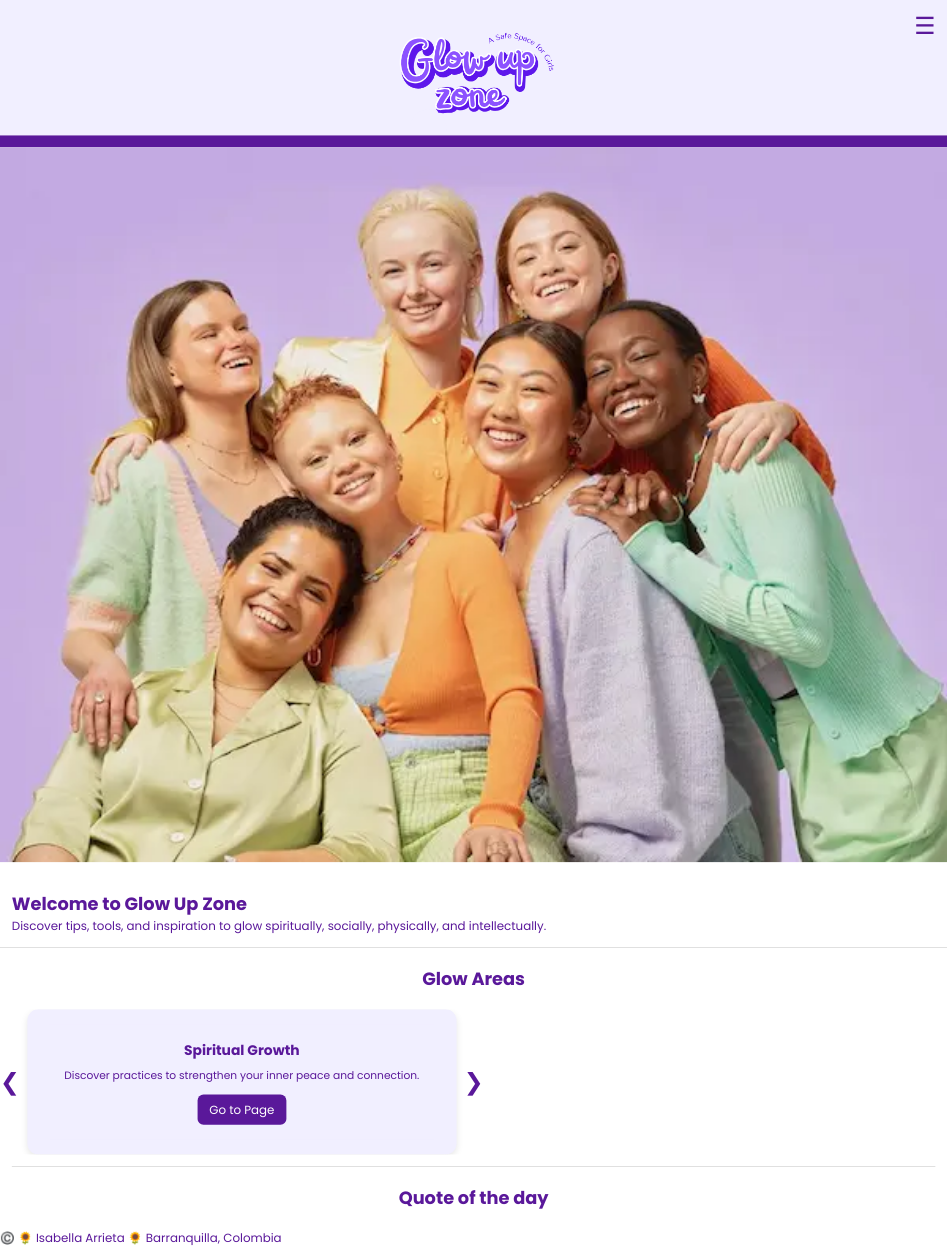
Repository: isaAJ05/wdd131
Page: final-project/final-project.html
An editor plug-in stored every save of this project. The page is shown before and after the next save, followed by the edit.
The browser window is 1280 px wide. The pictures show the whole page, at 74% of full size.

Above is the page before, as saved 2025-08-09 01:03:21.

### final-project/final-project.html
<!DOCTYPE html>
<html lang="en">
<head>
    <meta charset="UTF-8">
    <meta name="viewport" content="width=device-width, initial-scale=1.0">
    <title>WDD 131 – Glow Up Zone</title>
    <meta name="description" content="WDD 131 – This website is a positive and inspiring space for girls who want to improve different areas of their lives. It will include tips and resources organized into four sections: Spiritual, Social, Physical, and Intellectual.">
    <meta name="author" content="Isabella Arrieta">
    <link rel="stylesheet" href="styles/final-project.css">
    <link rel="stylesheet" href="styles/final-project-large.css">
    <link rel="preconnect" href="https://fonts.googleapis.com">
    <link rel="preconnect" href="https://fonts.gstatic.com" crossorigin>
    <link href="https://fonts.googleapis.com/css2?family=Nunito:wght@300;400;700&family=Poppins:wght@400;600;700&family=Quicksand:wght@400;500;700&display=swap" rel="stylesheet">
    <script src="scripts/final-project.js" defer></script>
</head>
<body>
    <header>
        <div class="title">
            <img src="images/logo.png" alt="" title="">
        </div>
        <button type="button" id="menu" title="Hambutton"></button>
        <nav>
            <ul class="navigation">
			<li><a href="#" class="home">Home</a></li>
			<li><a href="#" class="old">Old</a></li>
			<li><a href="#" class="new">New</a></li>
			<li><a href="#" class="large">Large</a></li>
			<li><a href="#" class="small">Small</a></li>
		</ul>
        </nav>
    </header>
    <main>
        <div class="hero">
            <picture>
            <source media="(min-width: 700px)" srcset="">
            <img src="images/glow-2.webp" alt="" title="">
            </picture>
        </div>
        <section >
                <div class="one">
                <h1>Welcome to Glow Up Zone</h2>
                <p>Discover tips, tools, and inspiration to glow spiritually, socially, physically, and intellectually.</p>
                </div>
        </section>
        <h2>Glow Areas</h2>
        <section class="cards">
        <button class="arrow left">&#10094;</button>
        <div class="cards-container">
            <div class="card">
                <div class="card2">
            <h3 id="card-title"></h3>
            <p id="card-text"></p>
            <a id="card-link" href="#" class="btn">Go to Page</a>
            </div>
            </div>
            </div>
        </div>
        <button class="arrow right">&#10095;</button>
        </section>
        <section>
            <div class="two">
                <h2>Quote of the day</h2>

            </div>
        </section>

    </main>
    <footer>
            <p>
            ©️<span id="currentyear"></span> 🌻 Isabella Arrieta 🌻 Barranquilla, Colombia
        </p>
        <p class="last-modified">
            <span id="lastModified"></span>
        </p>
    </footer>

</body>
</html>

### final-project/styles/final-project.css
:root {
    --primary-color: #5a189a;
    --secondary-color: #fa198b;
    --thirdary-color: #ff6f91;
    --accent-color: #3a86ff;
    --background-color: #f1efff;
    --font-one: "Poppins", sans-serif;
    --font-two: "Nunito", sans-serif;
    --font-three: "Quicksand", sans-serif;
}
* {
    box-sizing: border-box;
    margin: 0;
    padding: 0;
}

body {
    font-family: var(--font-one);
    color: var(--primary-color);
}

.title {
    text-align: center;
    background-color: var(--background-color);
}
.title img {
    width: 350px;
    height: auto;
}
.hero img{
    width: 100%;
    height: auto;
}
.one{
    border-bottom: #D6D6D6 1px solid;
    padding: 1rem;
    margin: 1rem 0;
}
nav{
    display: block;
    background-color: var(--primary-color);
}

#menu {
	font-size: 2rem;
	border: 0;
	background: none;
	position: absolute;
	top: 1rem;
	right: 1rem;
}

#menu::before {
	content: "☰";
    color: var(--primary-color);
}

#menu.open::before {
	content: "✖";
    color: white;
}

.navigation {
	list-style: none;
	display: flex;
	flex-direction: column;
    color: #fff;
    padding-top: 1rem;
    background-color: none;
}

.navigation a {
	display: none;
	color: #fff;
	text-align: center;
	text-decoration: none;
    padding: 0.5rem;
    font-size: 1rem;


}

.navigation a:hover {
	text-decoration: underline;
	background-color: #eee;
	color: #000;
}
.open a {
	display: block;
}
.open img{
    display: none;
}
h2{
    padding: 0.5rem;
    margin: 1rem 0;
    text-align: center;
}
.cards {
    position: relative;
    display: flex;
    align-items: center;
    overflow: hidden;
    width: 100%;
}



.card {
    min-width: 80%;
    margin: 0 10px;
    padding: 20px;
    background: var(--background-color);
    border-radius: 15px;
    box-shadow: 0 4px 10px rgba(0,0,0,0.1);
    text-align: center;
}
.card2 {
    min-width: 80%;
    margin: 0 10px;
    padding: 20px;
    background: var(--background-color);

    text-align: center;
}

.card h3 {
    color: var(--primary-color);
    margin-bottom: 10px;
}

.card p {
    font-size: 0.9rem;
    margin-bottom: 15px;
}

.btn {
    display: inline-block;
    background: var(--primary-color);
    color: white;
    padding: 8px 16px;
    border-radius: 8px;
    text-decoration: none;
}

.arrow {
    background: none;
    border: none;
    font-size: 2rem;
    cursor: pointer;
    color: var(--primary-color);
}
.two{
    border-top: #D6D6D6 1px solid;
    margin: 1rem;
}

### final-project/scripts/final-project.js
const hamButton = document.querySelector('#menu');
const navigation = document.querySelector('.navigation');
const title = document.querySelector('.title');

hamButton.addEventListener('click', () => {
	navigation.classList.toggle('open');
    hamButton.classList.toggle('open');
    title.classList.toggle('open');
});
const cardsData = [
    {
        title: "Spiritual Growth",
        text: "Discover practices to strengthen your inner peace and connection.",
        link: "spiritual.html"
    },
    {
        title: "Social Skills",
        text: "Learn how to connect, communicate, and build strong relationships.",
        link: "social.html"
    },
    {
        title: "Intellectual Growth",
        text: "Boost your mind with tips, knowledge, and creative thinking.",
        link: "intellectual.html"
    },
    {
        title: "Physical Wellness",
        text: "Stay active and healthy with routines and self-care habits.",
        link: "physical.html"
    }
];

let currentIndex = 0;

const cardTitle = document.getElementById("card-title");
const cardText = document.getElementById("card-text");
const cardLink = document.getElementById("card-link");

function updateCard() {
    cardTitle.textContent = cardsData[currentIndex].title;
    cardText.textContent = cardsData[currentIndex].text;
    cardLink.href = cardsData[currentIndex].link;
}

document.querySelector(".arrow.right").addEventListener("click", () => {
    currentIndex = (currentIndex + 1) % cardsData.length;
    updateCard();
});

document.querySelector(".arrow.left").addEventListener("click", () => {
    currentIndex = (currentIndex - 1 + cardsData.length) % cardsData.length;
    updateCard();
});

updateCard();

Loaded but not shown: final-project/styles/final-project-large.css (no copy from this time; the picture is the same without it)

After the next save:
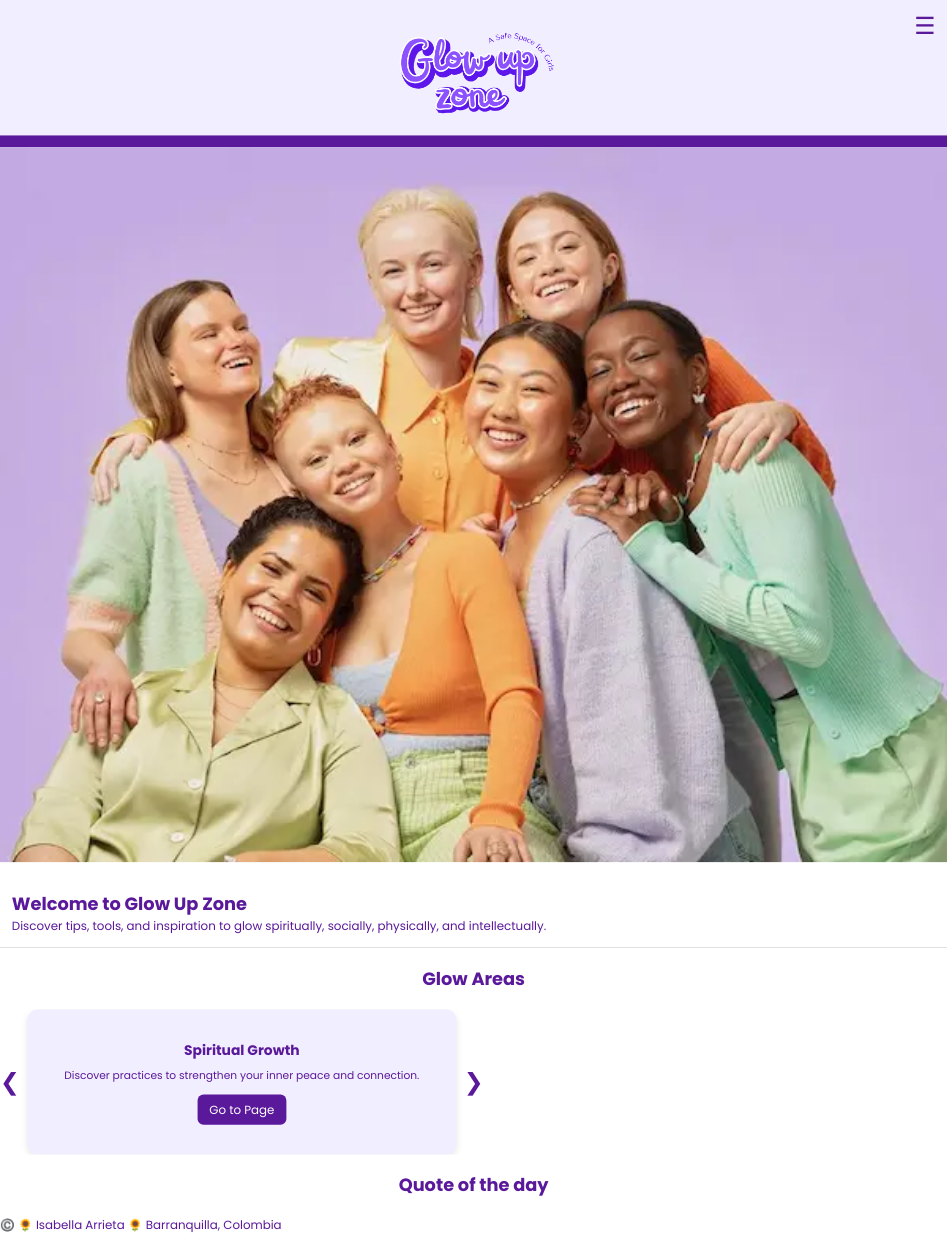
Saved 14 s later.
--- a/final-project/styles/final-project.css
+++ b/final-project/styles/final-project.css
@@ -151,6 +151,5 @@ h2{
     color: var(--primary-color);
 }
 .two{
-    border-top: #D6D6D6 1px solid;
-    margin: 1rem;
+
 }
